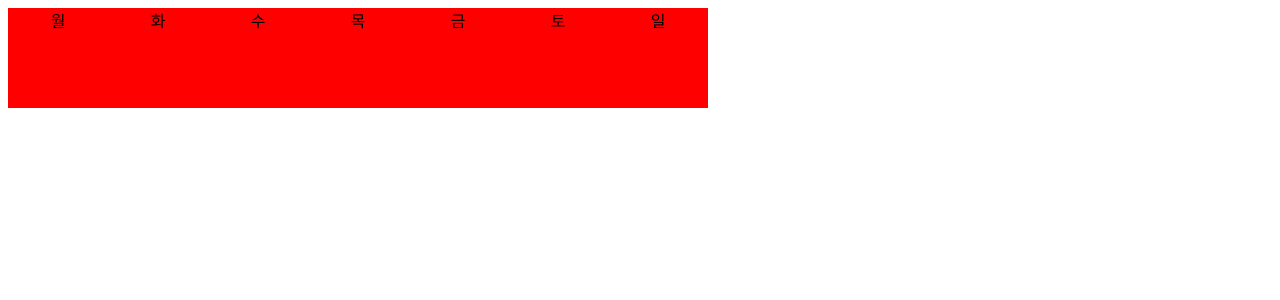
Repository: Jooheehan-kopo/web-workspace
Page: Lecture-web/WebContent/Jquery/weekdays.html
An editor plug-in stored every save of this project. The page is shown before and after the next save, followed by the edit.
The browser window is 1280 px wide. The pictures show the whole page.
Some web libraries are served in a nearby version.

Above is the page before, as saved 2021-06-17 08:34:08.

### Lecture-web/WebContent/Jquery/weekdays.html
<!DOCTYPE html>
<html>
<head>
<meta charset="UTF-8">
<title>Insert title here</title>

<style>
div {
	width: 100px;
	height: 100px;
	background-color: red;
	position: relative;
	text-align: center;
	float:left;
}


</style>
<script src="js/jquery-3.6.0.min.js"></script>
<script src="https://code.jquery.com/ui/1.12.1/jquery-ui.js"></script>
<script>
	$(document).ready(function() {
		$('#mon').mouseenter(function(){
			$('#mon').animate({
				height:'200px'
			},1000)

		})
	})
</script>

</head>
<body>
	<div id = "mon">월</div>
	<div id = "tue">화</div>
	<div id = "wed">수</div>
	<div id = "thrs">목</div>
	<div id = "fri">금</div>
	<div id = "sat">토</div>
	<div id = "sun">일</div>
</body>
</html>

Loaded but not shown: Lecture-web/WebContent/Jquery/js/jquery-3.6.0.min.js (library)

After the next save:
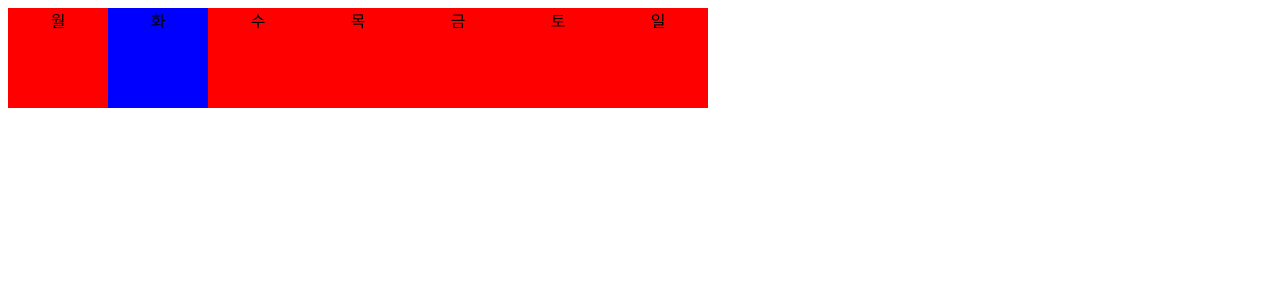
Saved 29 s later.
--- a/Lecture-web/WebContent/Jquery/weekdays.html
+++ b/Lecture-web/WebContent/Jquery/weekdays.html
@@ -31,8 +31,8 @@ div {
 
 </head>
 <body>
-	<div id = "mon">월</div>
-	<div id = "tue">화</div>
+	<div id = "mon" style="background-color:red;">월</div>
+	<div id = "tue" style="background-color:blue;">화</div>
 	<div id = "wed">수</div>
 	<div id = "thrs">목</div>
 	<div id = "fri">금</div>
